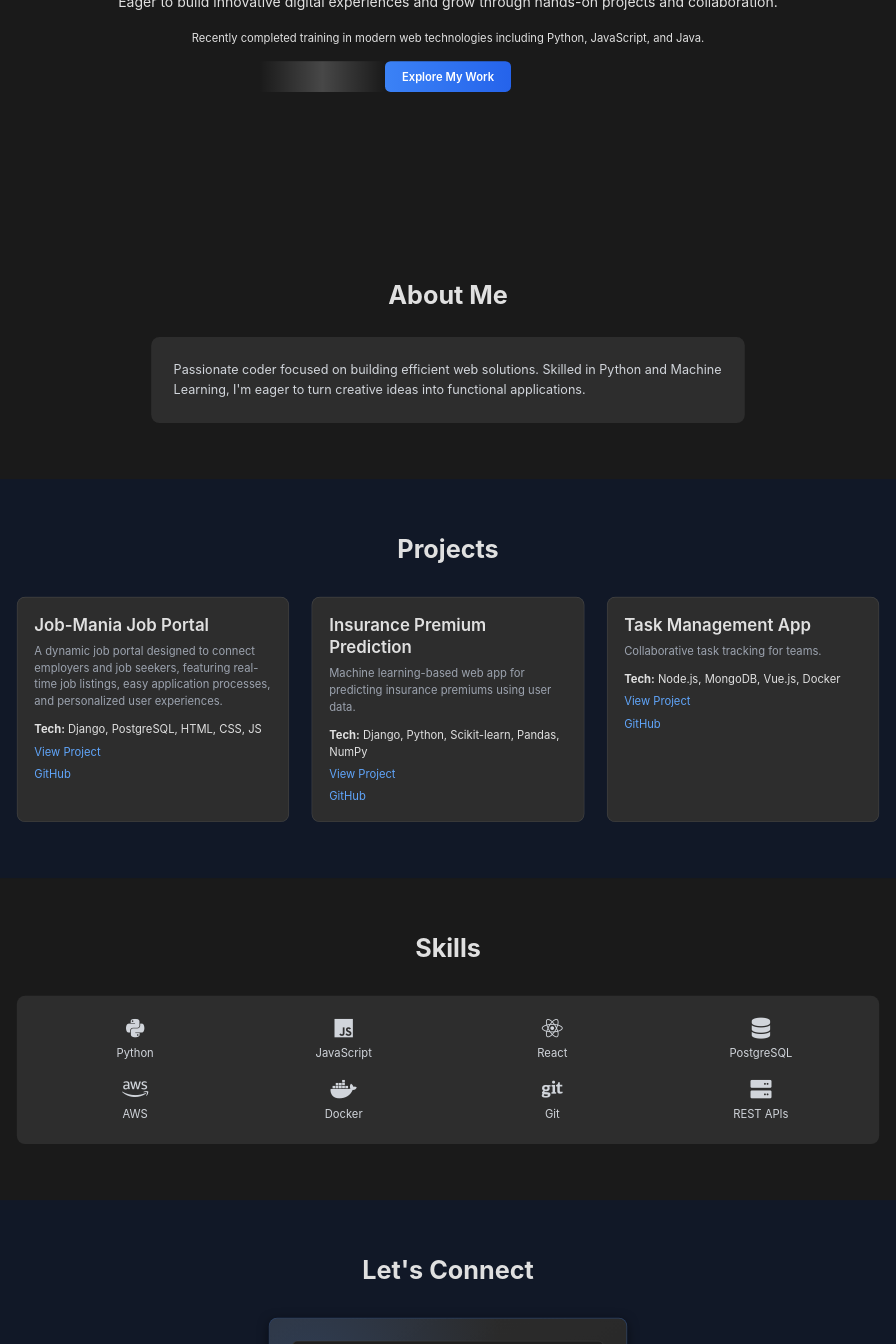
Repository: Sugaam0/Portfolio
Page: portfolio/home/templates/home/index.html
An editor plug-in stored every save of this project. The page is shown before and after the next save, followed by the edit.
The browser window is 1280 px wide. The pictures show the part of the page from y = 399 to 2319 px (the page is 2914 px tall), at 70% of full size.
The template is drawn by Django 5.2. The application's start-up code is not run. The template is opened directly, without the code that normally fills it, so the values that code supplies are empty.

Above is the page before, as saved 2025-05-08 17:47:26.

After the next save:
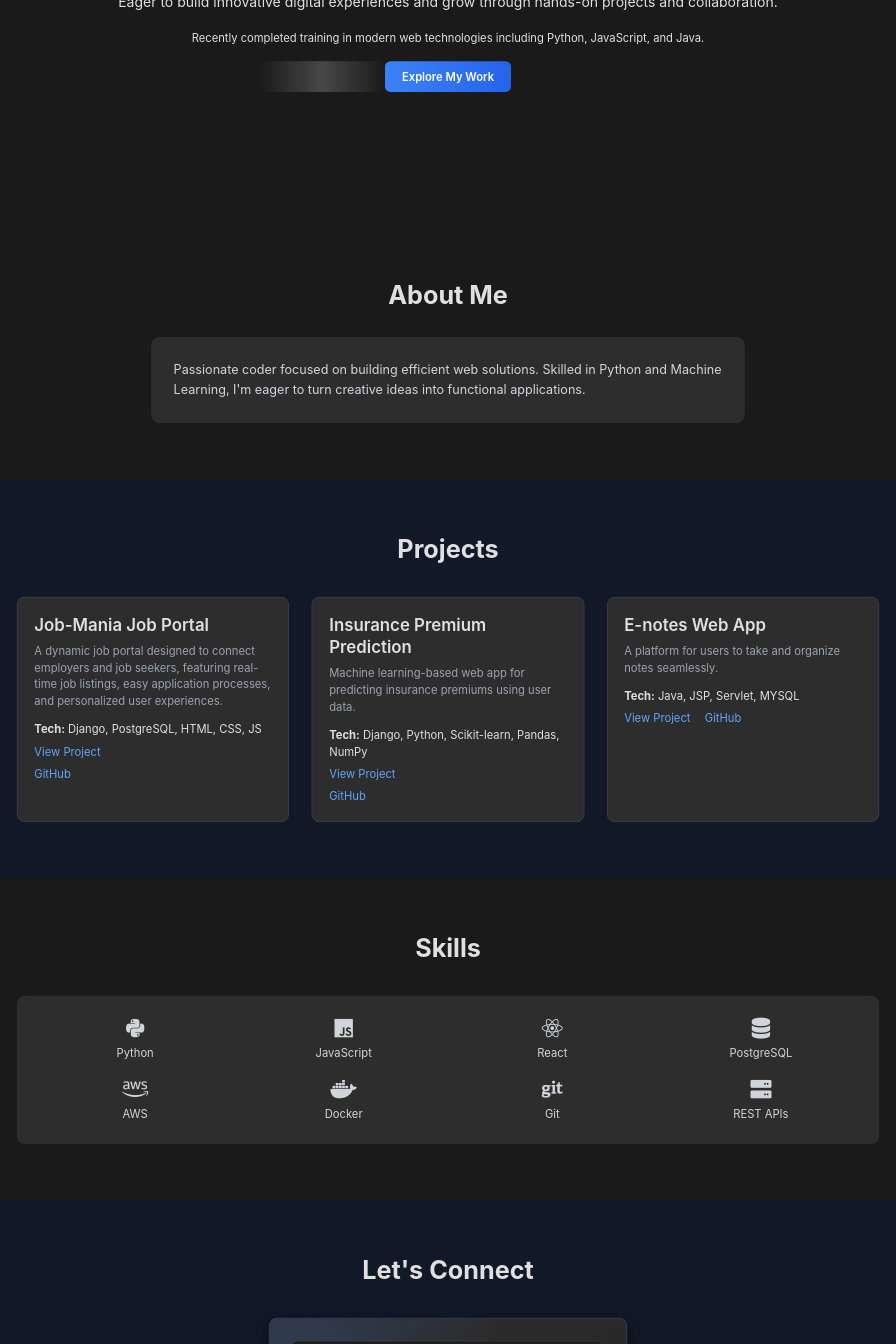
Saved 107 s later.
--- a/portfolio/home/templates/home/index.html
+++ b/portfolio/home/templates/home/index.html
@@ -63,12 +63,13 @@
 
         </div>
         <div class="project-card section-bg p-6">
-          <h3 class="text-2xl font-semibold mb-2">Task Management App</h3>
-          <p class="text-gray-400 mb-4">Collaborative task tracking for teams.</p>
-          <p><strong>Tech:</strong> Node.js, MongoDB, Vue.js, Docker</p>
-          <a href="#" class="text-blue-400 hover:underline mt-2 inline-block">View Project</a><br>
-          <a href="#" class="text-blue-400 hover:underline mt-2 inline-block">GitHub</a>
-
+            <h3 class="text-2xl font-semibold mb-2">E-notes Web App</h3>
+            <p class="text-gray-400 mb-4">A platform for users to take and organize notes seamlessly.</p>
+            <p><strong>Tech:</strong> Java, JSP, Servlet, MYSQL</p>
+            <div class="mt-2">
+                <a href="#" class="text-blue-400 hover:underline inline-block mr-4">View Project</a>
+                <a href="#" class="text-blue-400 hover:underline inline-block">GitHub</a>
+            </div>
         </div>
       </div>
     </div>
